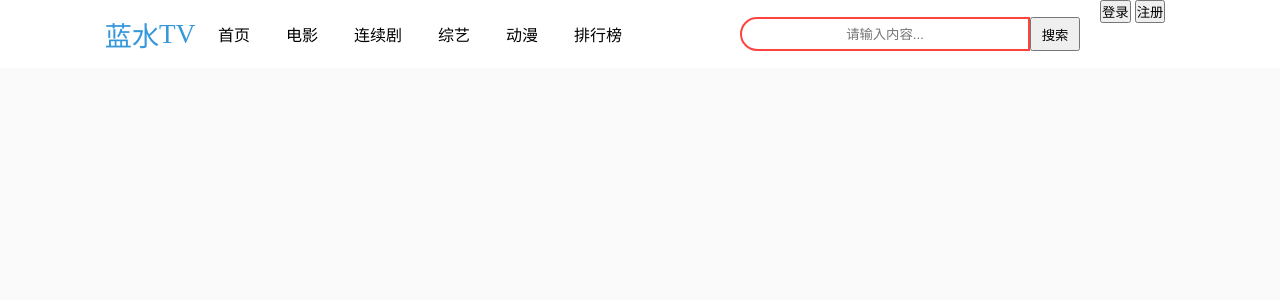
Repository: 842992406/blueWaterTV
Page: index.html
An editor plug-in stored every save of this project. The page is shown before and after the next save, followed by the edit.
The browser window is 1280 px wide. The pictures show the whole page.

Above is the page before, as saved 2022-05-05 15:56:44.

### index.html
<!DOCTYPE html>
<html lang="en">

<head>
  <meta charset="UTF-8">
  <meta http-equiv="X-UA-Compatible" content="IE=edge">
  <meta name="viewport" content="width=device-width, initial-scale=1.0">
  <title>蓝水TV</title>
  <link rel="stylesheet" href="./css/index.css">
</head>

<body>
  <!-- 头界面 -->
  <header>
    <!-- logo -->
    <div class="logo">
      <ul>
        <li>蓝</li>
        <li>水</li>
        <li>TV</li>
      </ul>
    </div>
    <!-- 导航栏 -->
    <div class="changeBox">
      <ul>
        <li>首页</li>
        <li>电影</li>
        <li>连续剧</li>
        <li>综艺</li>
        <li>动漫</li>
        <li>排行榜</li>
      </ul>
    </div>
    <div class="search">
      <input type="text" name="" id="input" placeholder="请输入内容..." onfocus="this.placeholder=''"
        onblur="this.placeholder='请输入内容...'">
      <button type="submit">搜索</button>
    </div>
    <!-- 登录注册按钮 -->
    <div class="userLogin">
      <button type="submit">登录</button>
      <button type="submit">注册</button>
    </div>
  </header>
  <!-- 主界面 -->
  <main></main>
  <!-- 脚页面 -->
  <footer></footer>
</body>

</html>

### css/index.css
*{
  padding: 0;
  margin: 0;
  box-sizing: border-box;
}

body{
  width: 100vw;
  height: 100vh;
  background-color: rgb(250, 250, 250);
}

/* 所有的 li 的前面的点都去掉 */
li{
  list-style: none;
}

header{
  width: 100vw;
  height: 68px;
  background-color: rgb(255, 255, 255);
  display: flex;
  padding:0 80px;
}

.logo>ul{
  width: 100px;
  height: 100%;
  display: flex;
  font-size: 1.7em;
  justify-content: center;
  align-items: center;
  margin-left: 20px;
  color: #3498db;
  /* 鼠标变为小手 */
  cursor: pointer;
}

.logo>ul li {
  transition: 1s;
}
/* logo的第一个单词 */
.logo>ul>li:nth-of-type(1):hover{
  transform: rotate(360deg);
  color: aqua;
}
/* logo的第二个单词 */
.logo>ul>li:nth-of-type(2):hover{
  transform: scale(1.2);
  color: #f1c40f;
}
/* logo的第三个单词 */
.logo>ul>li:nth-of-type(3):hover{
  transform: rotate(360deg);
  color: #60a3bc;
}

/* 导航栏 */
.changeBox{
  width: 440px;
  height: 100%;
  display: flex;
}

.changeBox>ul{
  display: flex;
  justify-content: center;
  align-items: center;
}

.changeBox>ul li{
  margin: 0 18px;
  cursor: pointer;
}

.changeBox>ul li:hover{
  color: #e67e22;
  border-bottom: 2px solid #e67e22;
}

.search{
  width: 380px;
  height: 100%;
  margin-left: 80px;
  display: flex;
  justify-content: center;
  align-items: center;
}

.search #input{
  width: 290px;
  height: 50%;
  border-radius: 25px 0 0 25px;
    /* 去掉焦点之后的边框 */
  outline: none;
  border: 2px solid rgb(255, 68, 63);
  text-align: center;
}

.search button{
  height: 50%;
  width: 50px;
}

After the next save:
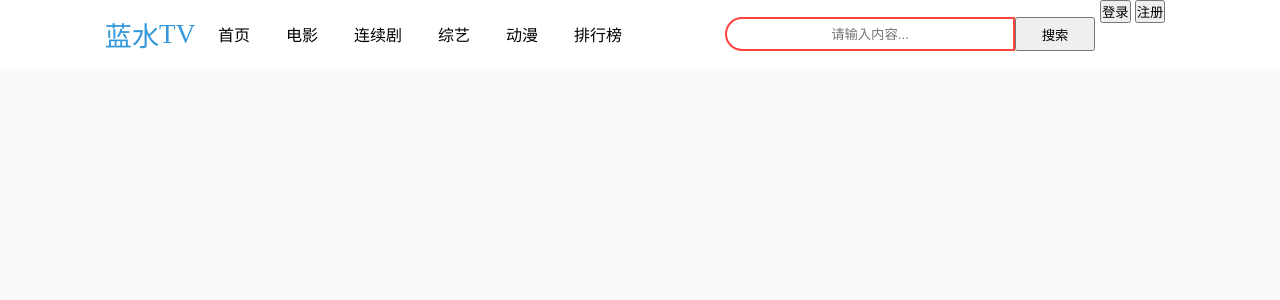
Saved 13 s later.
--- a/css/index.css
+++ b/css/index.css
@@ -99,5 +99,5 @@ header{
 
 .search button{
   height: 50%;
-  width: 50px;
+  width: 80px;
 }
